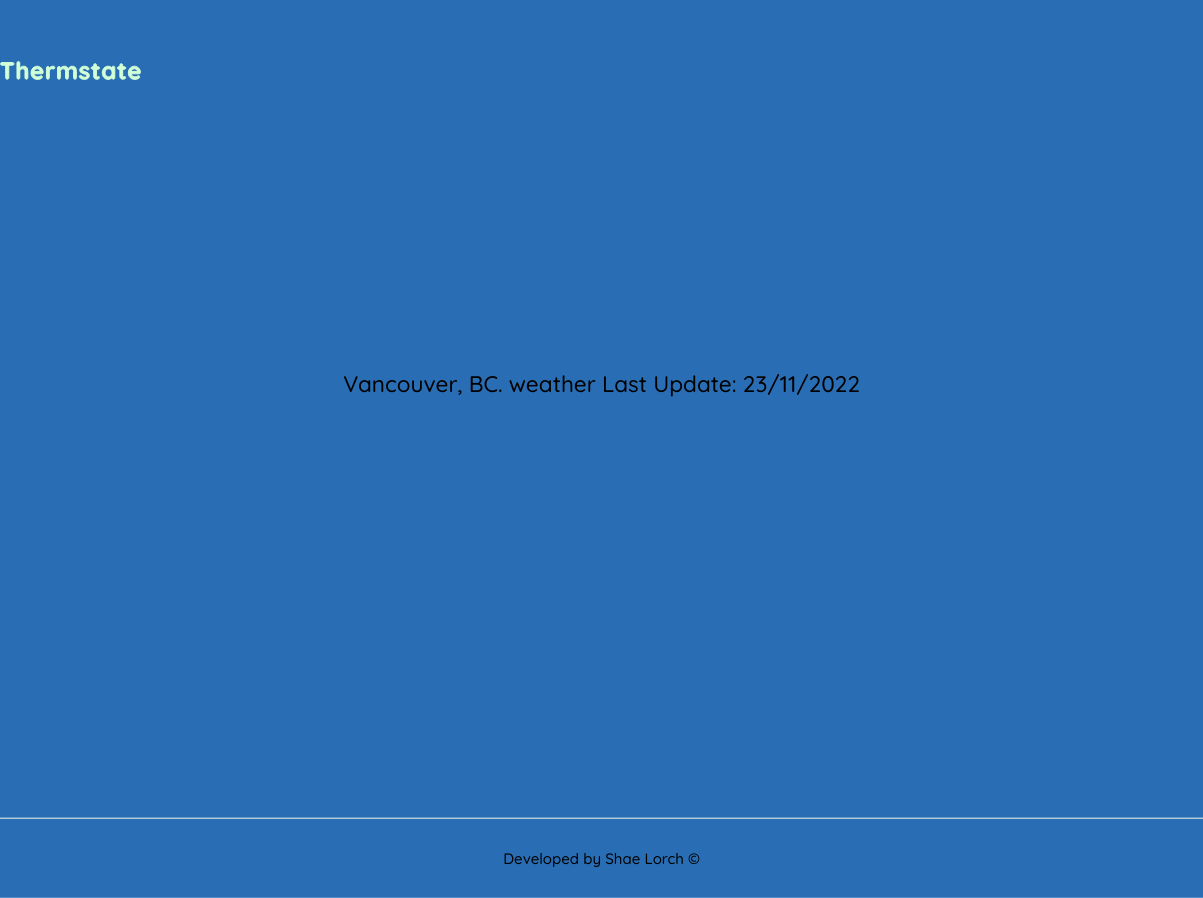
Repository: shaelorch/assessment2-DCD
Page: /
An editor plug-in stored every save of this project. The page is shown before and after a run of saves, followed by the edit.
The browser window is 1280 px wide. The pictures show the whole page, at 94% of full size.
Some web fonts or font styles are not loaded; a fallback is used. The project was rebuilt for these pictures with package versions that can differ from the ones it lists, and the page was loaded fresh each time. The framework's server and built-in components were replaced by stand-ins that run in the browser. Also part of the build but not shown: next.config.js, comps/weatherCard.js.

Above is the page before, as saved 2023-02-23 17:36:50.

### pages/index.js
import Head from 'next/head'
import Image from 'next/image'
import { useEffect, useRef, useState } from 'react';
import styles from '../styles/Home.module.css';
import axios from 'axios';
import WeatherCont from '../comps/weatherCard';
import NavBar from '../comps/Navbar';

export default function Home() {

  const apiKey = 'cbd83d03fd51593f0af105201d308067';
  const location = 'vancouver';
  const units = 'metric';
  const url = `https://api.openweathermap.org/data/2.5/forecast?q=${location}&units=${units}&appid=${apiKey}`;

  const [data, setData] = useState();

  const grabWeather = useRef(false);

  const fetchWeather = async () => {
    const response = await axios.get(url);
    console.log(response);

    console.log(response.data.list);
    const arrayOfDays = [];

    let weatherData = response.data.list.map((weather, index) => {
      console.log(parseInt(weather.dt_txt.substr(8, 2), 10));
      let num = parseInt(weather.dt_txt.substr(8, 2), 10);

      if (num !== arrayOfDays.find(element => element === num)) {
        arrayOfDays.push(num);
        console.log("Here");
        console.log(response.data.list[index]);
        var month = '';
        var icon = '';

        if (weather.dt_txt.substr(5, 2) == 1) {
          month = 'January';
        } else if (weather.dt_txt.substr(5, 2) == 2) {
          month = 'February';
        } else if (weather.dt_txt.substr(5, 2) == 3) {
          month = 'March';
        } else if (weather.dt_txt.substr(5, 2) == 4) {
          month = 'April';
        } else if (weather.dt_txt.substr(5, 2) == 5) {
          month = 'May';
        } else if (weather.dt_txt.substr(5, 2) == 6) {
          month = 'June';
        } else if (weather.dt_txt.substr(5, 2) == 7) {
          month = 'July';
        } else if (weather.dt_txt.substr(5, 2) == 8) {
          month = 'August';
        } else if (weather.dt_txt.substr(5, 2) == 9) {
          month = 'September';
        } else if (weather.dt_txt.substr(5, 2) == 10) {
          month = 'October';
        } else if (weather.dt_txt.substr(5, 2) == 11) {
          month = 'November';
        } else if (weather.dt_txt.substr(5, 2) == 12) {
          month = 'December';
        }

        if (weather.weather[0].main == 'Clouds') {
          icon = '/icons/cloud.svg'
        } else if (weather.weather[0].main == 'Clear') {
          icon = '/icons/clear.svg'
        } else if (weather.weather[0].main == 'Atmosphere') {
          icon = '/icons/atmosphere.svg'
        } else if (weather.weather[0].main == 'Rain') {
          icon = '/icons/rain.svg'
        } else if (weather.weather[0].main == 'Drizzle') {
          icon = '/icons/drizzle.svg'
        } else if (weather.weather[0].main == 'Snow') {
          icon = '/icons/snow.svg'
        } else if (weather.weather[0].main == 'Thunderstorm') {
          icon = '/icons/lightening.svg'
        }

        var now = new Date(weather.dt_txt);
        var days = ['Sunday', 'Monday', 'Tuesday', 'Wednesday', 'Thursday', 'Friday', 'Saturday']
        var day = days[now.getDate()];

        return ( <div className={styles.card} key={index} >
            <div className={styles.cardContent}>
              <Image style={{}}
                src={icon}
                alt="logo"
                width={80}
                height={80}
                priority
              />
              <div style={{ alignSelf: 'center', marginRight: 180 }}>
                <div>{weather.main.temp.toFixed(1)} °C</div>
                <div>{weather.weather[0].main}</div>
              </div>
              <p>
                {day} <br /> {month} {weather.dt_txt.substr(8, 2)}, {weather.dt_txt.substr(0, 4)}
              </p></div>
          </div>
        )
      }


    })
    console.log(arrayOfDays);
        setData(weatherData);

  }




  useEffect(() => {
    if (grabWeather.current === true) {
      fetchWeather();
    }

    return () => {
      grabWeather.current = true;
    }
  }, []);

  const current = new Date();
  const date = `${current.getDate()}/${current.getMonth() + 1}/${current.getFullYear()}`;


  return (

    <>
      <Head>

      </Head>
      <NavBar/>

      <main className={styles.main}>
        <div className={styles.description}>
          <p>
            Vancouver, BC. weather
            Last Update: {date}
          </p>

        </div>

        {/* <div className={styles.mainCard}>
          <div className={styles.mainCardContent}>
            {data}
          </div>

        </div> */}

        <div className={styles.grid}>
          <div>
            {data}
          </div>

        </div>

      </main>
      <footer className={styles.footer}>
      <div>
            <a>
              Developed by Shae Lorch &#169;
            </a>
          </div>
      </footer>

    </>

  )
}

### styles/globals.css
@import url('https://fonts.googleapis.com/css2?family=Tilt+Warp&display=swap');
@import url('https://fonts.googleapis.com/css2?family=Quicksand:wght@300;500;700&family=Tilt+Neon&family=Tilt+Warp&display=swap');

html,
body {
  padding: 0;
  margin: 0;
  font-family: -apple-system, BlinkMacSystemFont, Segoe UI, Roboto, Oxygen,
    Ubuntu, Cantarell, Fira Sans, Droid Sans, Helvetica Neue, sans-serif;
}

a {
  color: inherit;
  text-decoration: none;
}

* {
  box-sizing: border-box;
}

@media (prefers-color-scheme: dark) {
  html {
    color-scheme: dark;
  }
  body {
    color: white;
    background: black;
  }
}

### styles/Home.module.css
.container {
  padding: 0 2rem;
  background-color: #296EB4;
}

.main {
  min-height: 100vh;
  padding: 4rem 0;
  flex: 1;
  display: flex;
  flex-direction: column;
  justify-content: center;
  align-items: center;
  background-color: #296EB4;
  font-family:quicksand, cursive;

}



.card {
  background: rgb(255,255,255);
  background: linear-gradient(0deg, rgba(255,255,255,0) 0%, rgba(136,198,255,1) 47%);
  width:100%;
  height:100%;
  border-radius:20px;
  padding-left:5%;
  margin-bottom: 8%;
}

.mainCardContent {

  display: flex;
  flex-direction: column;

}

.cardContent {
  display: flex;
  flex-direction: row;
  justify-content: space-between;
  margin-right: 5%;
  align-content:center;
}

.logoCont {
  margin-top: -100;
  display: flex;
  flex-direction: row;
  justify-content: space-between;
  background-color: #296EB4;
}



.footer {
  display: flex;
  flex: 1;
  padding: 2rem 0;
  border-top: 1px solid #eaeaea;
  justify-content: center;
  align-items: center;
  background-color: #296EB4;
  font-family: quicksand, cursive;
}

.footer a {
  display: flex;
  justify-content: center;
  align-items: center;
  flex-grow: 1;
}

.title a {
  color: #0070f3;
  text-decoration: none;
}

.title a:hover,
.title a:focus,
.title a:active {
  text-decoration: underline;
}

.title {
  margin: 0;
  line-height: 1.15;
  font-size: 4rem;
}

.title,
.description {
  text-align: center;
}

.description {
  margin: 4rem 0;
  line-height: 1.5;
  font-size: 1.5rem;
}

.code {
  background: #fafafa;
  border-radius: 5px;
  padding: 0.75rem;
  font-size: 1.1rem;
  font-family: Menlo, Monaco, Lucida Console, Liberation Mono, DejaVu Sans Mono,
    Bitstream Vera Sans Mono, Courier New, monospace;
}

.grid {
  display: flex;
  align-items: center;
  justify-content: center;
  flex-wrap: wrap;
  max-width: 800px;
  margin:8%;
}

.mainCard {
  height:384px;
  width:338px;
  background: rgb(255,255,255);
  background: linear-gradient(0deg, rgba(255,255,255,0) 0%, rgba(136,198,255,1) 47%);
  border-radius: 20px;;
}





.logo {
  height: 1em;
  margin-left: 0.5rem;
}

@media (max-width: 600px) {
  .grid {
    width: 100%;
    flex-direction: column;
  }
}

@media (prefers-color-scheme: dark) {
  .card,
  .footer {
    border-color: #222;
  }
  .code {
    background: #111;
  }
  .logo img {
    filter: invert(1);
  }
}

### comps/Navbar.js
import Image from "next/image"
import styles from '../styles/Home.module.css'

export default function NavBar() {

    return(<div className={styles.logoCont}>
        <Image src="/logo.svg"
        alt="logo"
        width={150}
        height={150}
        />
    </div>

    )
}

Loaded but not shown: pages/_app.js (common file)

After the next 2 saves:
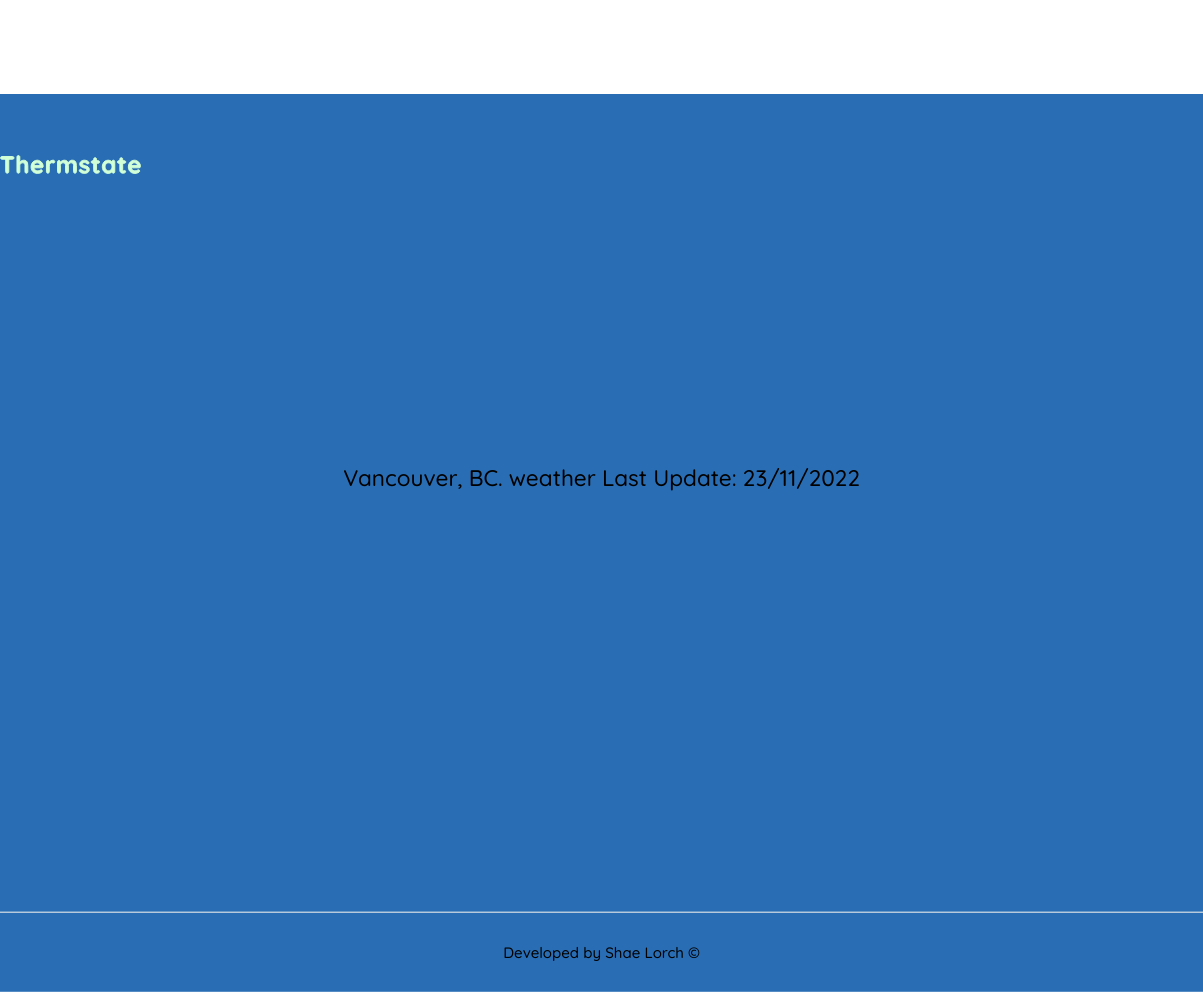
The 2 saves are shown as one change because they came seconds apart.
The last was saved 7 s later.
--- a/styles/Home.module.css
+++ b/styles/Home.module.css
@@ -44,7 +44,7 @@
 }
 
 .logoCont {
-  margin-top: -100;
+  margin-top:100px;
   display: flex;
   flex-direction: row;
   justify-content: space-between;
